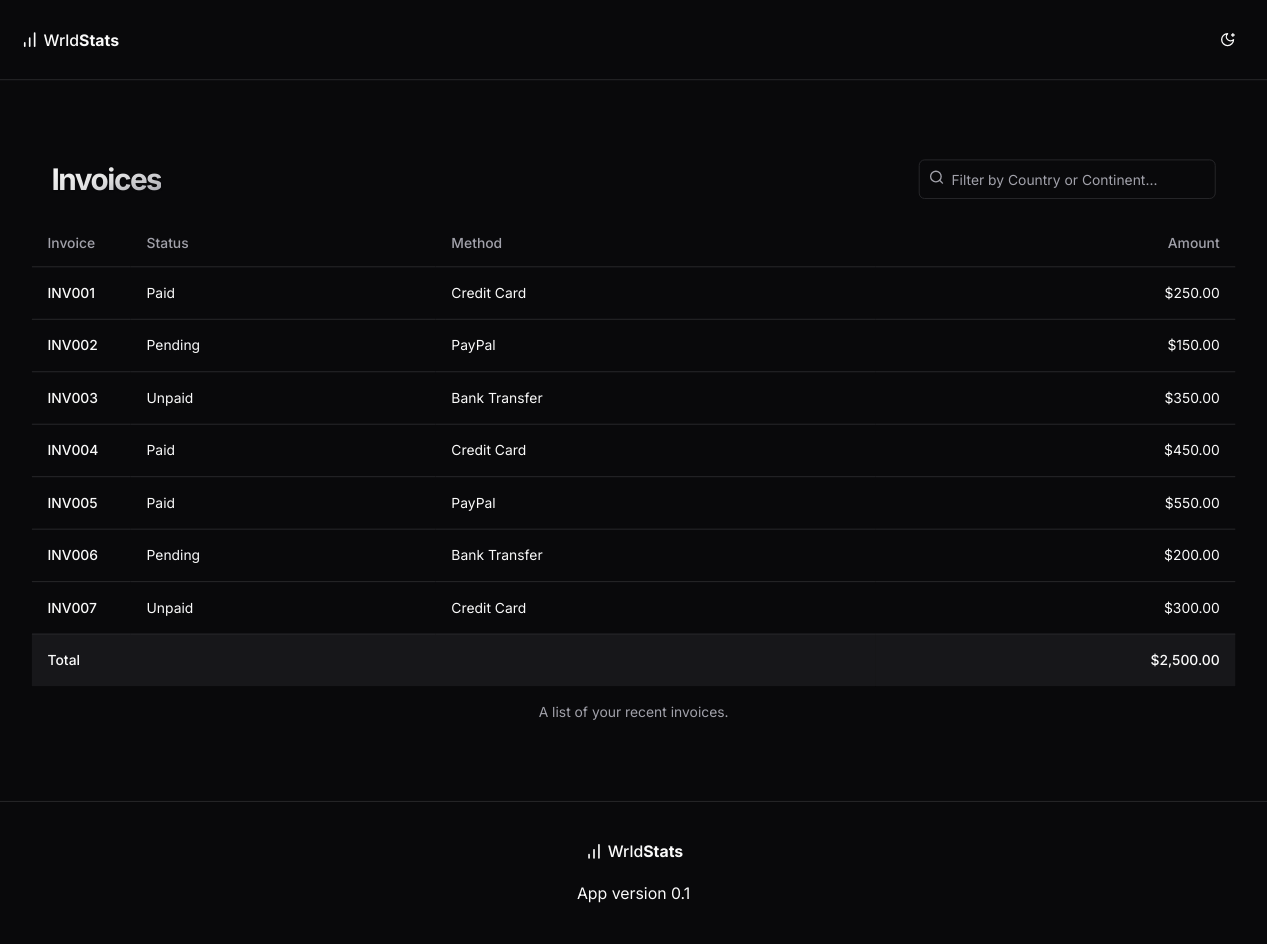
Repository: tushcmd/wrld-stats
Page: /
The author's editor kept a copy of each file at every save. The page is drawn from the files as they stood at one save, then again after the next save.
The browser window is 1280 px wide. The pictures show the whole page, at 99% of full size.
The project was rebuilt for these pictures with package versions that can differ from the ones it lists, and the page was loaded fresh each time. The framework's server and built-in components were replaced by stand-ins that run in the browser. Also part of the build but not shown: next.config.mjs.

Above is the page before, as saved 2024-04-21 17:18:03.

After the next save:
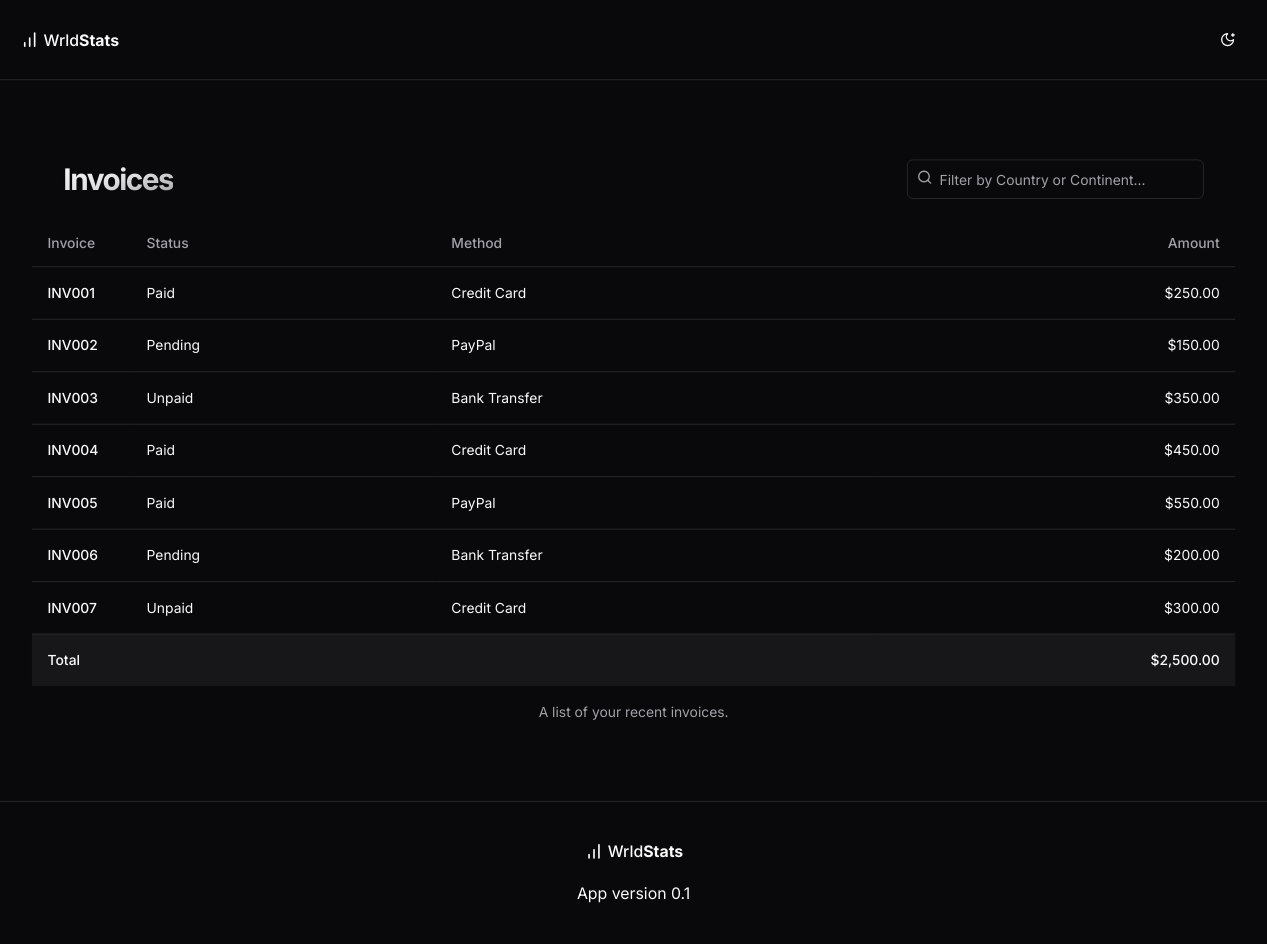
Saved 35 s later.
--- a/components/Hero.tsx
+++ b/components/Hero.tsx
@@ -6,7 +6,7 @@ import { Input } from './ui/input';
 const Hero: FC = () => {
   return (
     <section className="flex flex-col items-center justify-center gap-5">
-      <div className='layout-container flex justify-between items-center max-w-7xl'>
+      <div className='container flex justify-between items-center max-w-7xl'>
         <p className='text-base lg:text-3xl tracking-tighter font-bold bg-gradient-to-br from-foreground via-secondary-foreground/90 to-muted-foreground bg-clip-text text-transparent drop-shadow-sm'>Invoices</p>
         <form className="ml-auto flex-1 sm:flex-initial">
           <div className="relative">
